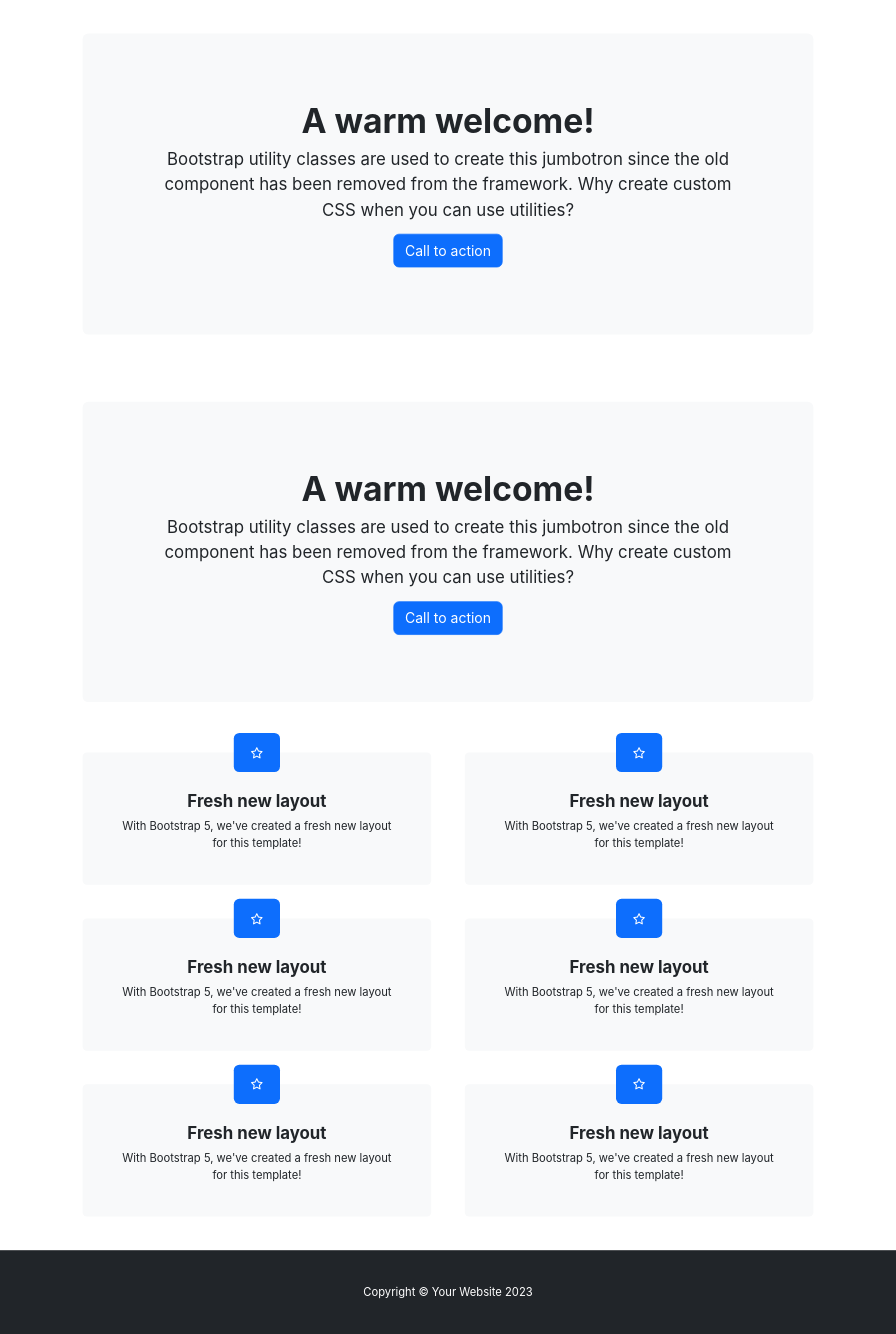
Repository: maitan0705/MaiThanhTan_BC43_BT1_react
Page: /
An editor plug-in stored every save of this project. The page is shown before and after the next save, followed by the edit.
The browser window is 1280 px wide. The pictures show the whole page, at 70% of full size.
The project was rebuilt for these pictures with package versions that can differ from the ones it lists, and the page was loaded fresh each time.

Above is the page before, as saved 2023-04-09 21:51:58.

After the next save:
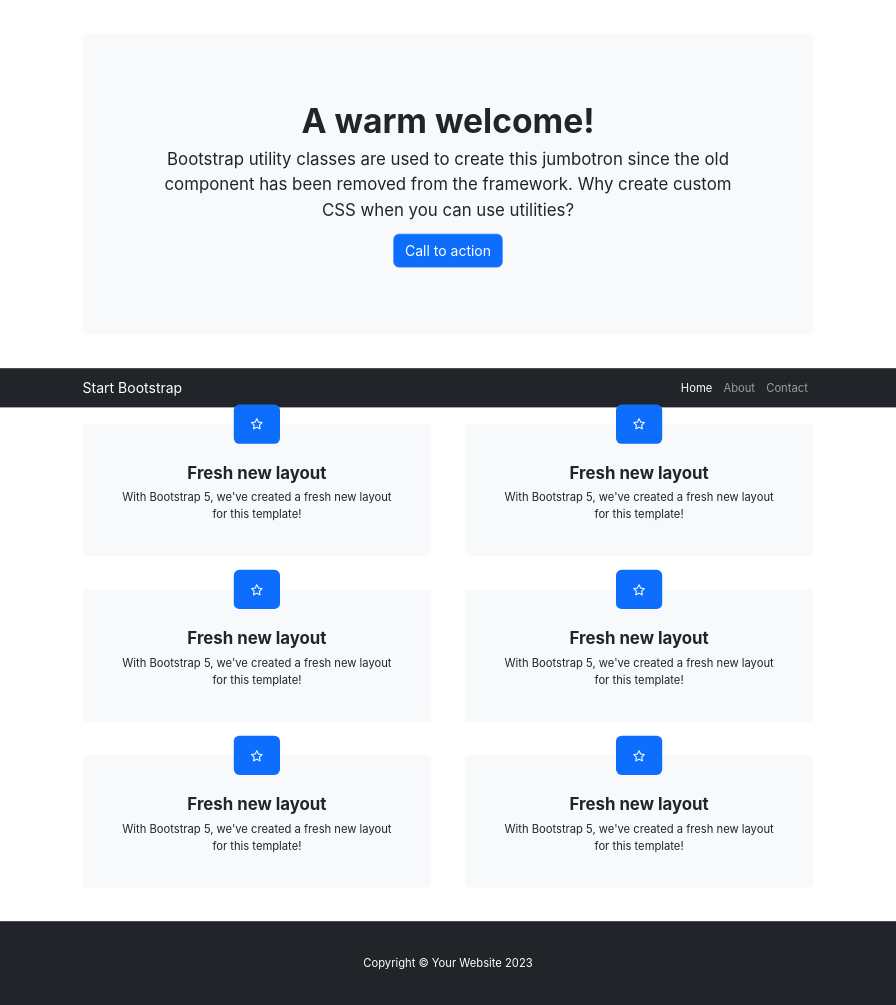
Saved 73 s later.
--- a/src/components/Banner.js
+++ b/src/components/Banner.js
@@ -3,17 +3,19 @@ import React, { Component } from 'react';
 export default class Banner extends Component {
     render() {
         return (
-            <header className="py-5">
-                <div className="container px-lg-5">
-                    <div className="p-4 p-lg-5 bg-light rounded-3 text-center">
-                        <div className="m-4 m-lg-5">
-                            <h1 className="display-5 fw-bold">A warm welcome!</h1>
-                            <p className="fs-4">Bootstrap utility classes are used to create this jumbotron since the old component has been removed from the framework. Why create custom CSS when you can use utilities?</p>
-                            <a className="btn btn-primary btn-lg" href="#!">Call to action</a>
-                        </div>
-                    </div>
+            <nav class="navbar navbar-expand-lg navbar-dark bg-dark">
+            <div class="container px-lg-5">
+                <a class="navbar-brand" href="#!">Start Bootstrap</a>
+                <button class="navbar-toggler" type="button" data-bs-toggle="collapse" data-bs-target="#navbarSupportedContent" aria-controls="navbarSupportedContent" aria-expanded="false" aria-label="Toggle navigation"><span class="navbar-toggler-icon"></span></button>
+                <div class="collapse navbar-collapse" id="navbarSupportedContent">
+                    <ul class="navbar-nav ms-auto mb-2 mb-lg-0">
+                        <li class="nav-item"><a class="nav-link active" aria-current="page" href="#!">Home</a></li>
+                        <li class="nav-item"><a class="nav-link" href="#!">About</a></li>
+                        <li class="nav-item"><a class="nav-link" href="#!">Contact</a></li>
+                    </ul>
                 </div>
-            </header>
+            </div>
+        </nav>
 
         );
     }
